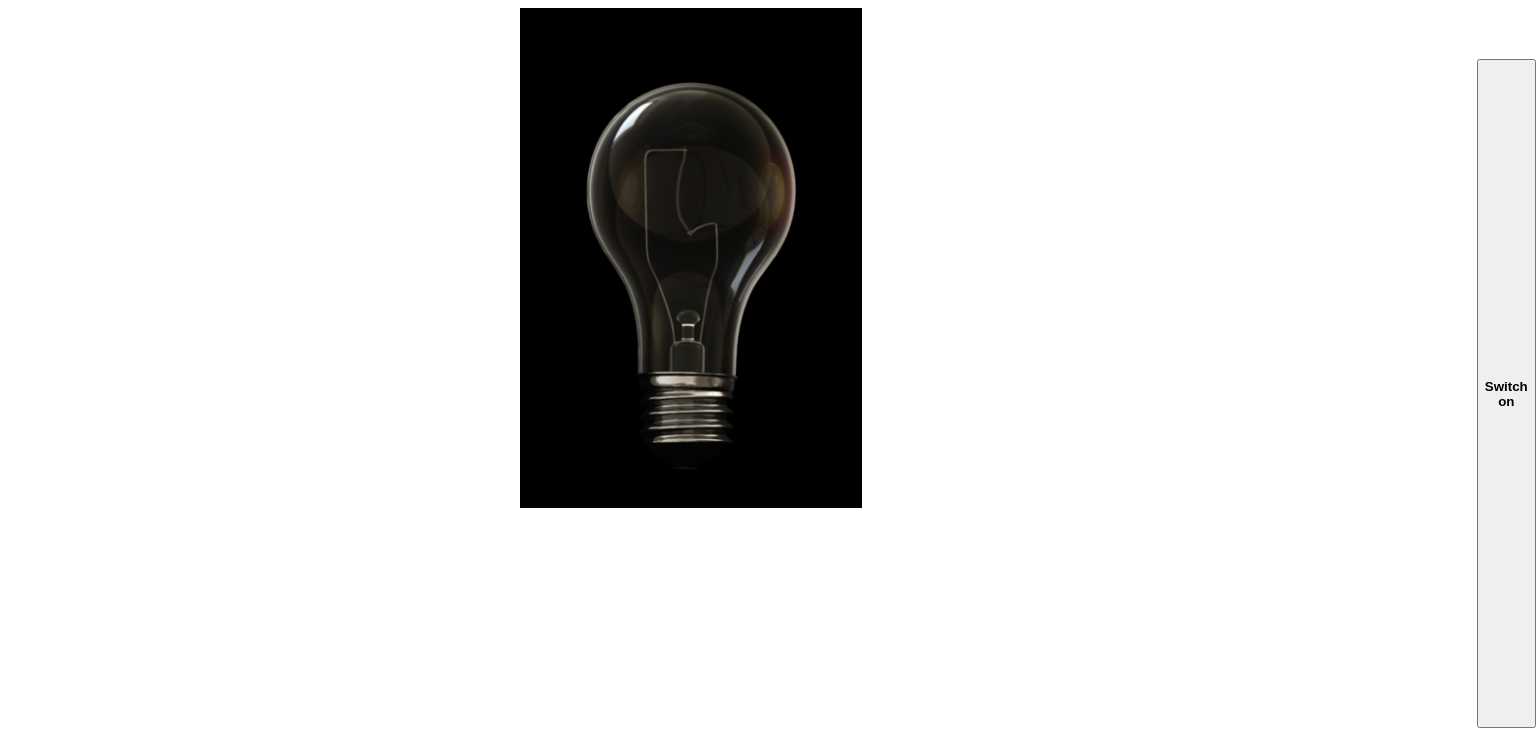
Repository: JunaidAnsari202/bulb
Page: index.html
These files come from the project's save history. The page is drawn as it stood at one moment and after a run of saves; the edit follows.
The browser window is 1280 px wide. The page is 1536 px wide, then 1412 px, so the pictures cover 1536 px, including what lies to the right of the window. The pictures show the whole page.

Above is the page before, as saved 2023-10-27 17:43:18.

After the next 5 saves:
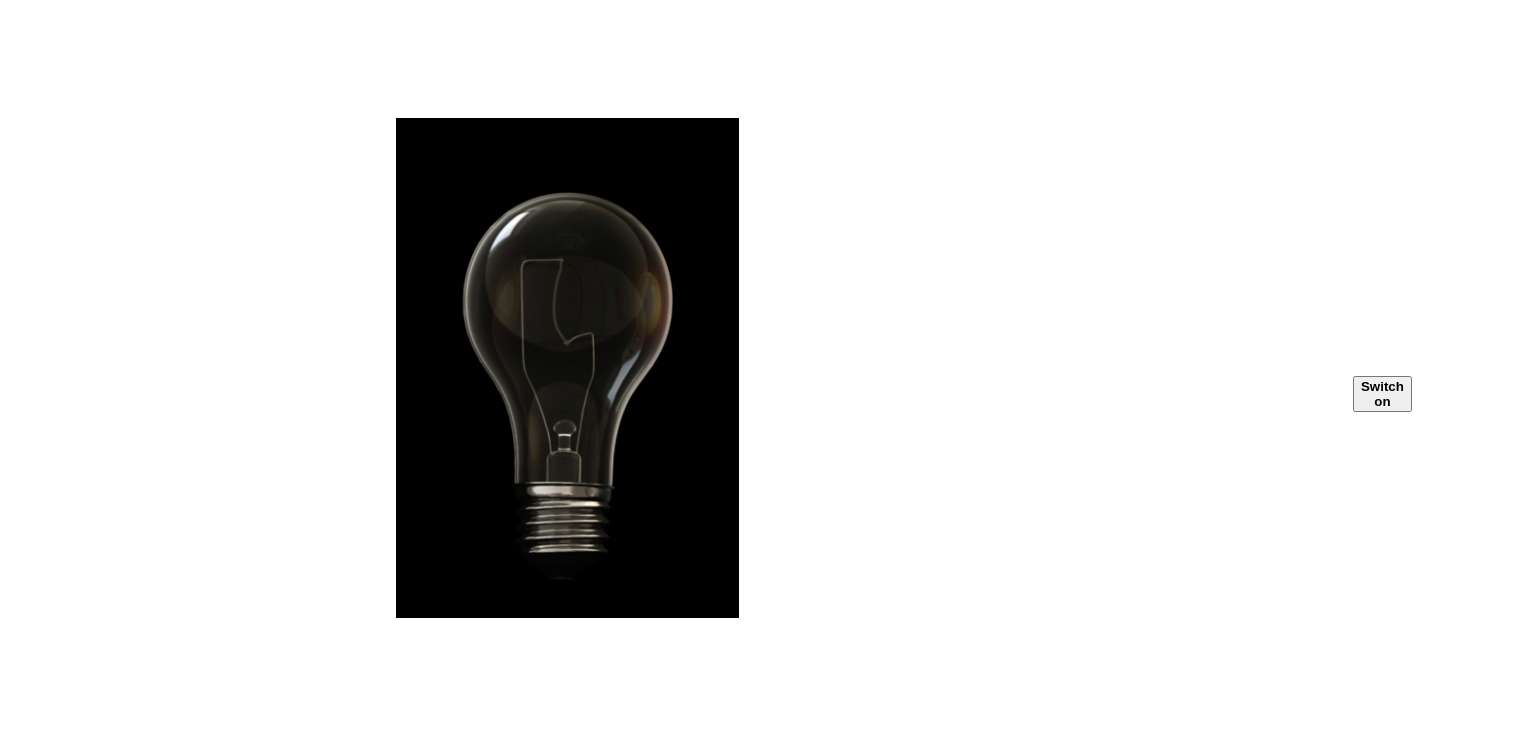
The 5 saves are shown as one change because they came seconds apart.
The last was saved 5 s later.
--- a/style.css
+++ b/style.css
@@ -4,7 +4,8 @@ body{
     background-color: #ffffff;
     overflow: hidden;
     display: flex;
-    justify-content: ;
+    justify-content: center;
+    align-items: center;
 }
 
 .bulb{
